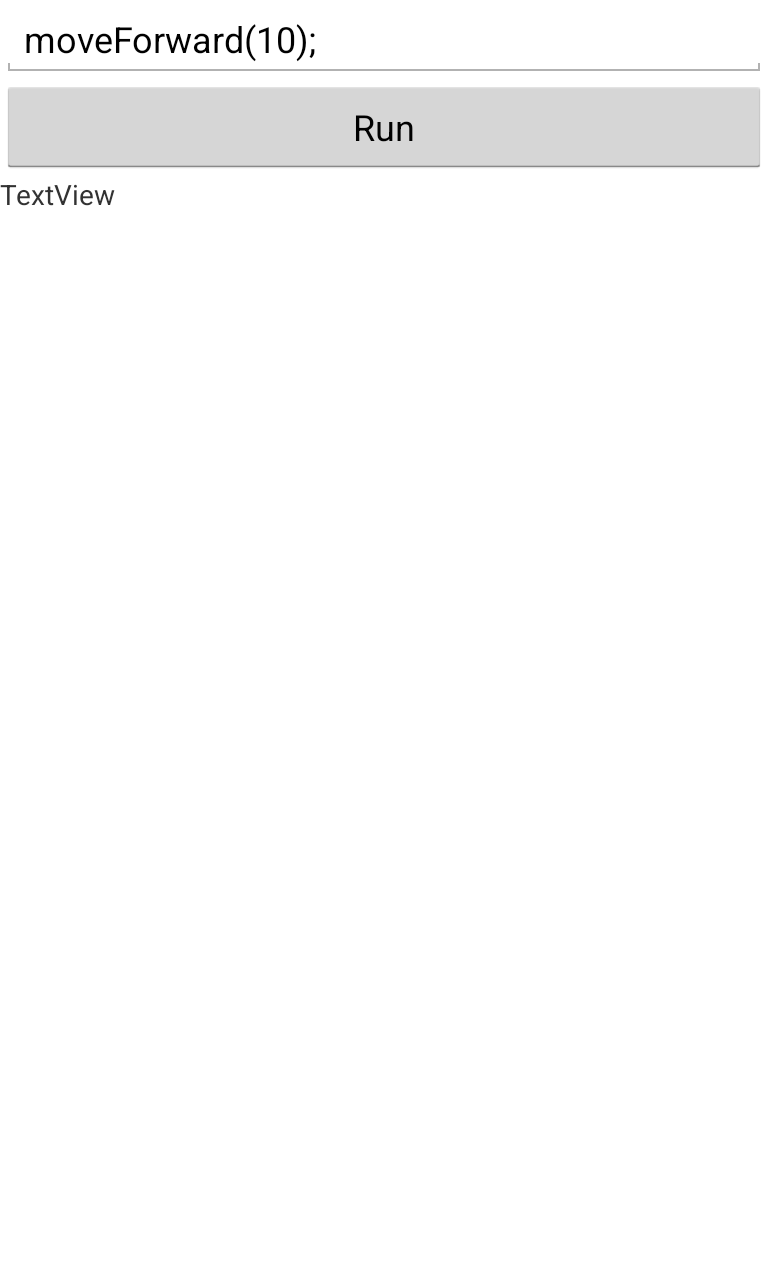
Repository: Cen92/MindCoder
Layout: ANTLRTest/res/layout/activity_main.xml
The author's editor kept a copy of each file at every save. The layout is drawn from the files as they stood at one save, then again after the next save.
It is drawn on a 768 x 1280 px phone screen (xhdpi) without system bars, with theme AppTheme; the app's code is not run.

Above is the layout before, as saved 2014-03-27 17:01:02.

### ANTLRTest/res/layout/activity_main.xml
<?xml version="1.0" encoding="utf-8"?>
<LinearLayout xmlns:android="http://schemas.android.com/apk/res/android"
    android:layout_width="fill_parent"
    android:layout_height="fill_parent"
    android:orientation="vertical" >

    <EditText
        android:id="@+id/input_text"
        android:layout_width="fill_parent"
        android:layout_height="wrap_content"
        android:hint="Type some code!"
        android:inputType="text"
        android:text="moveForward(10);" />

    <Button
        android:id="@+id/parse_button"
        android:layout_width="fill_parent"
        android:layout_height="wrap_content"
        android:onClick="sendMessage"
        android:text="Run" />

    <TextView
        android:id="@+id/output_text"
        android:layout_width="match_parent"
        android:layout_height="wrap_content"
        android:layout_weight="0.51"
        android:text="TextView" />

</LinearLayout>

Loaded but not shown: ANTLRTest/res/values/styles.xml (common file); ANTLRTest/res/values-v11/styles.xml (common file); ANTLRTest/res/values-v14/styles.xml (common file)

After the next save:
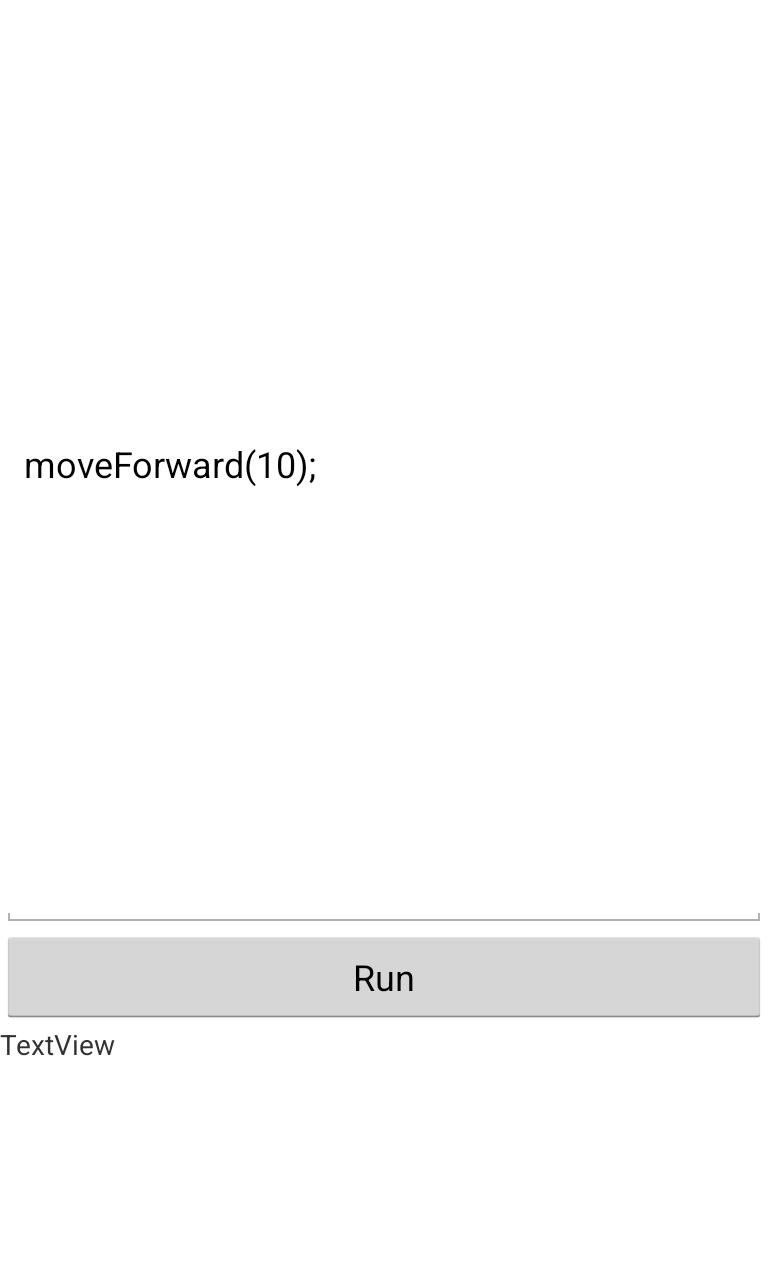
Saved 113 s later.
--- a/ANTLRTest/res/layout/activity_main.xml
+++ b/ANTLRTest/res/layout/activity_main.xml
@@ -8,6 +8,7 @@
         android:id="@+id/input_text"
         android:layout_width="fill_parent"
         android:layout_height="wrap_content"
+        android:layout_weight="2"
         android:hint="Type some code!"
         android:inputType="text"
         android:text="moveForward(10);" />
